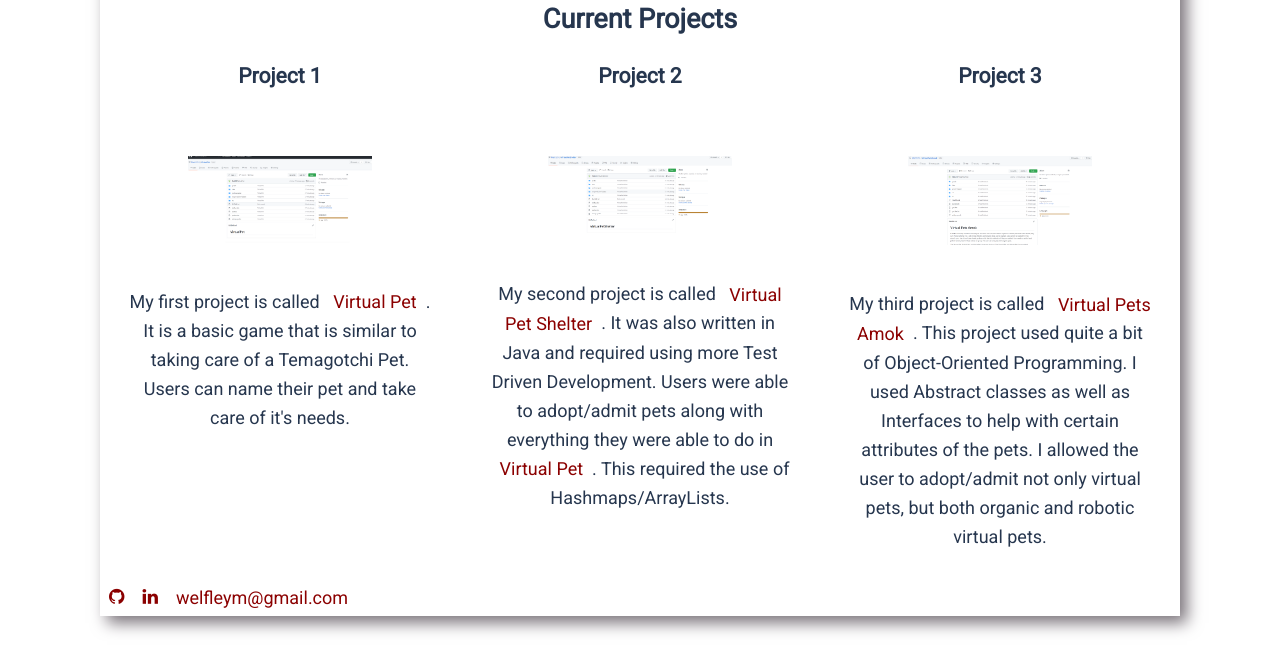
Repository: Matt1218/Matt1218.github.io
Page: index.html
The author's editor kept a copy of each file at every save. The page is drawn from the files as they stood at one save, then again after a run of saves.
The browser window is 1280 px wide. The pictures show the part of the page from y = 565 to 1220 px (the page is 1217 px tall before and 1220 px after).
A picture or video elsewhere on the page could not be fetched, so the positions and the page height are approximate.

Above is the page before, as saved 2022-03-21 14:16:08.

After the next 2 saves:
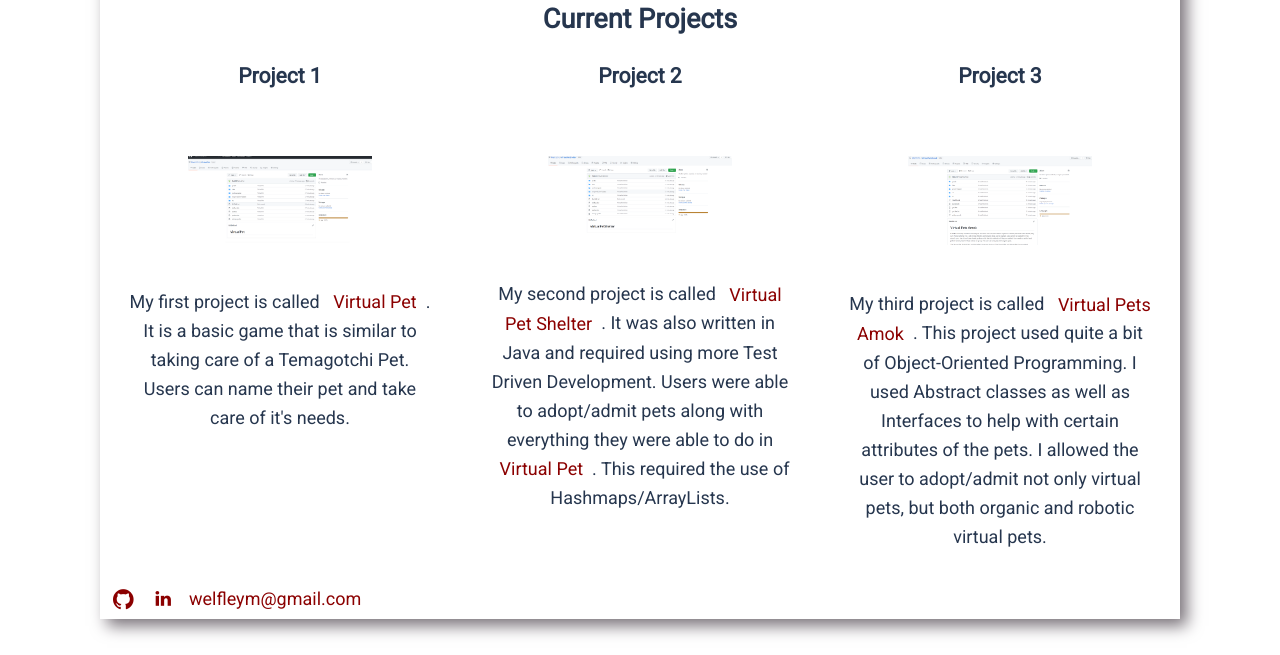
The 2 saves are shown as one change because they came seconds apart.
The last was saved 11 s later.
--- a/style.css
+++ b/style.css
@@ -109,7 +109,7 @@
     align-items:center
 }
 
-#footer linkedin github {
+#github {
     font-size: x-large;
     margin: 4px;
 }

After the save that followed:
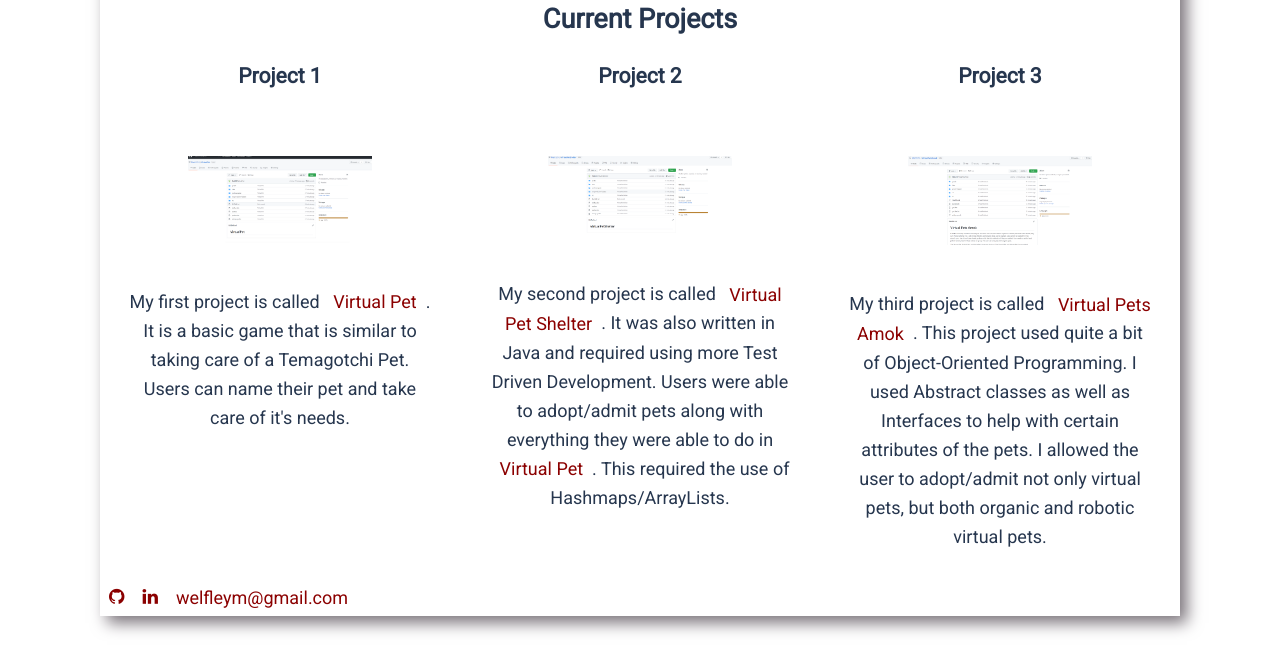
Saved 5 s later.
--- a/style.css
+++ b/style.css
@@ -109,7 +109,7 @@
     align-items:center
 }
 
-#github {
+#github linke {
     font-size: x-large;
     margin: 4px;
 }
